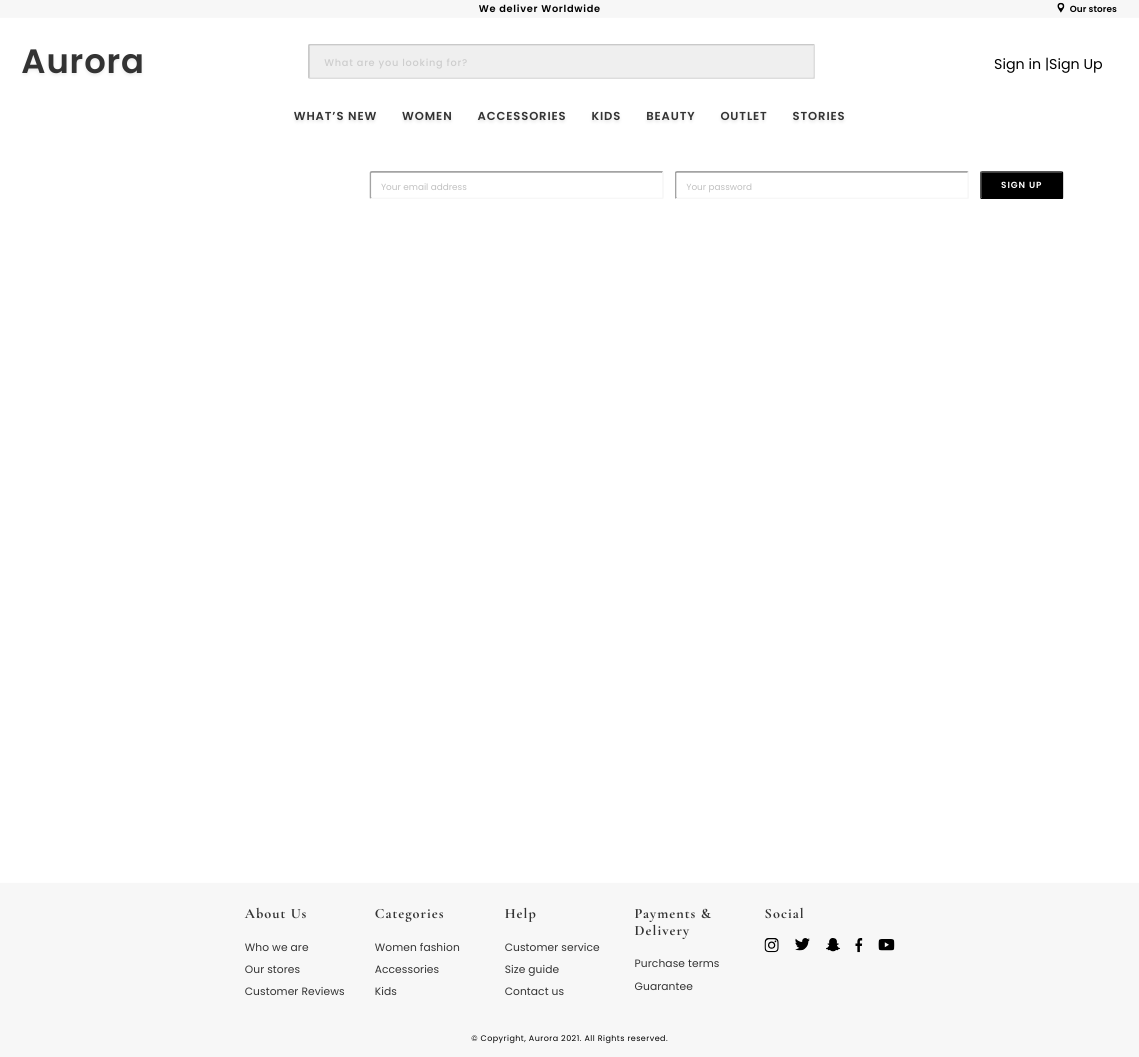
Repository: YuraKrvz/aurora-react-redux-toolkit-firebase
Page: /signUp
These files come from the project's save history. The page is drawn as it stood at one moment and after the next save; the edit follows.
The browser window is 1280 px wide. The pictures show the whole page, at 89% of full size.
The project was rebuilt for these pictures with package versions that can differ from the ones it lists, and the page was loaded fresh each time. Also part of the build but not shown: src/components/MainSection/MainSection.jsx, src/pages/HomeGuest.jsx, src/pages/HomeUser.jsx, src/pages/SignIn.jsx.

Above is the page before, as saved 2021-11-29 13:44:54.

### public/index.html
<!DOCTYPE html>
<html lang="en">
  <head>
    <meta charset="utf-8" />
    <link rel="icon" href="%PUBLIC_URL%/favicon.ico" />
    <meta name="viewport" content="width=device-width, initial-scale=1" />
    <meta name="theme-color" content="#000000" />
    <meta
      name="description"
      content="Web site created using create-react-app"
    />
    <link rel="apple-touch-icon" href="%PUBLIC_URL%/logo192.png" />
    <link rel="manifest" href="%PUBLIC_URL%/manifest.json" />
    <link rel="preconnect" href="https://fonts.googleapis.com">
    <link rel="preconnect" href="https://fonts.googleapis.com">
    <link rel="preconnect" href="https://fonts.gstatic.com" crossorigin>
    <title>React App</title>
  </head>
  <body>
    <noscript>You need to enable JavaScript to run this app.</noscript>
    <div id="root"></div>
  </body>
</html>

### src/index.css
@import '~normalize.css';
@import url('https://fonts.googleapis.com/css2?family=Poppins:wght@100;200;300;400;500;600;700&display=swap');
@import url('https://fonts.googleapis.com/css2?family=Cormorant+Garamond:wght@300;400;500;600;700&display=swap');

*, ::after, ::before {
  margin: 0;
  padding: 0;
  box-sizing: border-box;
  font-family: var(--text-regular-poppins);
  color: var(--color-very-black);
}
html, body{
  height: 100%;
}

:root{
  --text-regular-poppins: 'Poppins';
  --text-cormorant-garamond: 'Cormorant Garamond';

  --color-black: #333333;
  --color-very-black: #000000;
  --color-white:  #FFFFFF;
  --color-silver: #F7F7F7;

  --src-guest: './insta.svg';
  --src-user: './user.svg';
  --bg-wall: var(--src-guest);
}

### src/components/CustomRouter/CustomRouter.jsx
import { Routes, Route } from 'react-router-dom';
import HomeGuest from '../../pages/HomeGuest';
import HomeUser from '../../pages/HomeUser';
import SignIn from '../../pages/SignIn';
import SignUp from '../../pages/SignUp';
import {useAuthorization} from '../../hooks/useAuthorization';

const CustomRouter = () => {
   const {isAuth} = useAuthorization();

   return (
      <div>
      <Routes>
         {
         isAuth ? (
            <>
               <Route path='/' element={<HomeUser />} />
               <Route path='/signIn' element={<SignIn />} />
               <Route path='/signUp' element={<SignUp />} />
            </>
         ) : (
            <>
               <Route path='/' element={<HomeGuest />} />
               <Route path='/signIn' element={<SignIn />} />
               <Route path='/signUp' element={<SignUp />} />
            </>
         )
         }
      </Routes>
      </div>
   )
}

export default CustomRouter

### src/components/Header/Header.jsx
import React from 'react';
import s from './Header.module.css';
import { NavLink } from 'react-router-dom';
import GlobalSvgSelector from '../../source/GlobalSvgSelector';
import OverHeader from './OverHeader/OverHeader';
import Authorization from '../Authorization/Authorization';

const Header = () => {
   return (
      <>
         <header className={s.header}>
            <OverHeader />
            <div className={s.header_body}>
               <NavLink to='/' className={s.header_title}>Aurora</NavLink>
               <label className={s.input_wrap}>
                  <input className={s.header_searcher} type="text" placeholder="What are you looking for?" />
                  <GlobalSvgSelector className={s.icon} id="fill" color='black' />
               </label>
               <div>
                  <Authorization />
               </div>
            </div>
            <ul className={s.header_list}>
               <li className={s.header_list__item}>what’s new</li>
               <li className={s.header_list__item}>women</li>
               <li className={s.header_list__item}>accessories</li>
               <li className={s.header_list__item}>kids</li>
               <li className={s.header_list__item}>beauty</li>
               <li className={s.header_list__item}>outlet</li>
               <li className={s.header_list__item}>stories</li>
            </ul>
         </header>
      </>
   )
}

export default Header


// HEADER / Aurora
// <h6>{email}</h6>
//    <ul>
//       <li>
//          <NavLink  to='/' >home</NavLink>
//          <NavLink  to='/signIn' >signIn</NavLink>
//          <NavLink  to='/signUp' >signUp</NavLink>
//       </li>
//    </ul>
// </header>

### src/components/Footer/Footer.jsx
import GlobalSvgSelector from '../../source/GlobalSvgSelector';
import s from './Footer.module.css';

function Footer(){
   return (
      <>
         <footer className={s.footer}>
            <div className={s.footer_inner}>
               <div className={s.footer_item}>
                  <h6 className={s.title}>About Us</h6>
                  <ul className={s.list}>
                     <li className={s.text}>Who we are</li>
                     <li className={s.text}>Our stores</li>
                     <li className={s.text}>Customer Reviews</li>
                  </ul>
               </div>
               <div className={s.footer_item}>
                  <h6 className={s.title}>Categories</h6>
                  <ul className={s.list}>
                     <li className={s.text}>Women fashion</li>
                     <li className={s.text}>Accessories</li>
                     <li className={s.text}>Kids</li>
                  </ul>
               </div>
               <div className={s.footer_item}>
                  <h6 className={s.title}>Help</h6>
                  <ul className={s.list}>
                     <li className={s.text}>Customer service</li>
                     <li className={s.text}>Size guide</li>
                     <li className={s.text}>Contact us</li>
                  </ul>
               </div>
               <div className={s.footer_item}>
                  <h6 className={s.title}>Payments & Delivery</h6>
                  <ul className={s.list}>
                     <li className={s.text}>Purchase terms</li>
                     <li className={s.text}>Guarantee</li>
                  </ul>
               </div>
               <div className={s.footer_item}>
                  <h6 className={s.title}>Social</h6>
                  <ul className={s.list}>
                     <li className={s.social_icon}>
                        <a href="#"><GlobalSvgSelector id='instagram' /></a>
                        <a href="#"><GlobalSvgSelector id='twitter' /></a>
                        <a href="#"><GlobalSvgSelector id='snapchat' /></a>
                        <a href="#"><GlobalSvgSelector id='facebook' /></a>
                        <a href="#"><GlobalSvgSelector id='youtube' /></a>
                     </li>
                  </ul>
               </div>
            </div>
            <div className={s.copy_right}>
               <p>© Copyright, Aurora 2021. All Rights reserved.</p>
            </div>
         </footer>
      </>
   )
}

export default Footer

### src/pages/SignUp.jsx
import React, {useRef} from 'react';
import s from '../components/MainSection/MainSection.module.css';
import {signUp} from '../firebase';

const SignUp = () => {
   const emailRef = useRef();
   const passwordRef = useRef();
   async function handler(){
      try{
         await signUp(emailRef.current.value, passwordRef.current.value)
      }
      catch{
         alert('error in sign up')
      }
   }

   return (
      <div style={{flex: '1 1 auto', height: '800px'}}>
         <div className={s.section_register_field} >
            <div >
               <label className={s.input_wrap} style={{flex: '1 1 auto'}}>
               <input className={s.section_register_input} ref={emailRef} type="email" placeholder='Your email address' />
               <input className={s.section_register_input} ref={passwordRef} type="password" placeholder='Your password' />
               <button className={s.section_register_btn} onClick={handler} >Sign Up</button>
               </label>
            </div>
         </div>
      </div>
   )
}

export default SignUp;

### src/hooks/useAuthorization.jsx
import {useSelector} from 'react-redux';

export function useAuthorization(){
   const {email, id, token} = useSelector(state => state.user);

   return {
      isAuth: !!email,
      email,
      id,
      token,
   }
}

### src/components/Header/Header.module.css
.header{
   width: 100%;
   height: 160px;
   /* background: linear-gradient(180deg, rgba(51, 51, 51, 0.9) 14.31%, rgba(27, 27, 27, 0.469176) 58.6%, rgba(0, 0, 0, 0.0001) 100%); */
   mix-blend-mode: normal;
   /* opacity: 0.24; */
   /* background: rgba(0, 0, 0, 0.1); */
   /* background-color: black; */
}
.header_body{
   display: flex;
   justify-content: space-between;
   align-items: center;
   padding: 0 24px;
}
.header_title{
   margin: 0;
   font-style: normal;
   font-weight: 600;
   font-size: 38px;
   line-height: 57px;
   letter-spacing: 0.95px;
   color: var(--color-black, --color-white);
   text-shadow: 0px 2px 4px rgba(0, 0, 0, 0.08);
   text-decoration: none;
}
.input_wrap{
   position: relative;
}
.header_searcher{
   background-color: silver;
   border-color: none;
   mix-blend-mode: normal;
   opacity: 0.24;
   border-radius: 3px;
   width: 570px;
   height: 40px;
   color: var(--color-very-black);
}
.icon{
   position: absolute;
   width: 17px;
   height: 17px;
   top: 30%;
   right: 10px;
   /* background-color: var(--color-very-black) */
}
.header_searcher::placeholder {
   padding: 16px;
   height: 17px;
   font-weight: 500;
   font-size: 11px;
   line-height: 16px;
   letter-spacing: 0.8px;
   color: var(--color-black, --color-white);
 }
.header_user{
   font-style: normal;
   font-weight: 600;
   font-size: 11px;
   line-height: 16px;
   text-align: right;
   letter-spacing: 1px;
   color: var(--color-black, --color-white);
}
.header_list{
   list-style: none;
   display: flex;
   justify-content: space-between;
   text-transform: uppercase;
   width: 620px;
   margin: 24px auto;
   padding-bottom: 25px;
}
.header_list__item{
   color: var(--color-black, --color-white);
   font-style: normal;
   font-weight: 600;
   font-size: 13px;
   line-height: 19px;
   text-align: center;
   letter-spacing: 1px;
   text-transform: uppercase;
   text-shadow: 0px 2px 4px rgba(0, 0, 0, 0.12);
   cursor: pointer;
}

### src/components/Header/OverHeader/OverHeader.jsx
import GlobalSvgSelector from "../../../source/GlobalSvgSelector"
import s from './OverHeader.module.css';

const OverHeader = () => {
   return (
      <>
         <div className={s.wrapper}>
            <div />
            <h6 className={s.title}>We deliver Worldwide</h6>
            <div className={s.wrapper_text}>
               <GlobalSvgSelector id="shape" />
               <p className={s.text}>Our stores</p>
            </div>
         </div>
      </>
   )
}

export default OverHeader

### src/components/Authorization/Authorization.jsx
import s from './Authorization.module.css';
import GlobalSvgSelector from '../../source/GlobalSvgSelector';
import { useAuthorization } from '../../hooks/useAuthorization';
import { NavLink } from 'react-router-dom';

const Authorization = () => {
   const {isAuth, email, id} = useAuthorization();

   return (
      <>
         {!isAuth ? (
            <div >
               <NavLink to='/signIn' className={s.header_user}>
                  Sign in
               </NavLink>  |
               <NavLink to='/signUp' className={s.header_user}>
                  Sign Up
               </NavLink>
               <GlobalSvgSelector id="basket" color='black'/>
            </div>
         ) : (
            <div className={s.login_field}>
               <p className={s.login}>Hi, {email}!</p>
               <GlobalSvgSelector id="basket" color='black'/>
               {/*<GlobalSvgSelector id="ball" color='black'/>*/}
            </div>
         )}

      </>
   )
}

export default Authorization

### src/components/Footer/Footer.module.css
.footer{
   background-color: var(--color-silver);
}
.footer_inner{
   display: flex;
   justify-content: center;
   padding-top: 26px;
}
.footer_item{
   width: 146px;
   height: 105px;
   margin-bottom: 38px;
}
.title{
   margin-bottom: 17px;
   font-family: var(--text-cormorant-garamond);
   font-size: 16px;
   line-height: 19px;
   letter-spacing: 1.16364px;
   color: var(--color-black);
}
.list{
   list-style: none;
}
.list li {
   cursor: pointer;
}
.social_icon{
   display: flex;
   justify-content: space-between;
}
.text{
   margin-bottom: 6px;
   font-style: normal;
   font-weight: normal;
   font-size: 12px;
   line-height: 19px;
   letter-spacing: 0.1px;
   color: var(--color-black);
}
.copy_right{
   padding-bottom: 14px;
   font-style: normal;
   font-weight: normal;
   font-size: 9px;
   line-height: 13px;
   text-align: center;
   letter-spacing: 0.5px;
   color: var(--color-black);
}

### src/components/MainSection/MainSection.module.css
.section{

   height: 100vh;
   background-position: center;
   background-size: cover;
   background-repeat: no-repeat;
   display: flex;
   flex-direction: column;
}
.guest{
   background-image: url(./insta.svg);
}
.user{
   background-image: url(./user.svg);
}
.title{
   margin: auto;
   font-style: normal;
   font-weight: bold;
   font-size: 60px;
   line-height: 90px;
   text-align: center;
   color: var(--color-white);
}
.section_register_field{
   display: block;
   margin: 32px auto;
   width: 450px;
   height: 82px;
}
.text{
   margin-bottom: 14px;
   font-style: normal;
   font-weight: normal;
   font-size: 12px;
   line-height: 18px;
   letter-spacing: 0.872727px;
   color: var(--color-black);
}
.input_wrap{
   display: flex;
   align-items: center;
}
.section_register_input{
   padding: 7px 0 7px 11px;
   width: 335px;
   height: 32px;
   margin-right: 12px;
   border-radius: 3px;
   border-color: var(--color-silver);
}
.section_register_input::placeholder{
   color: silver;
   font-size: 10px;
}
.section_register_btn{
   min-width: 94px;
   height: 32px;
   border-radius: 3px;
   /* border: transparent; */
   background-color: var(--color-very-black);
   color: var(--color-white);
   font-style: normal;
   font-weight: 600;
   font-size: 10px;
   line-height: 20px;
   text-align: center;
   letter-spacing: 1px;
   text-transform: uppercase;
   cursor: pointer;
}

### src/components/Header/OverHeader/OverHeader.module.css
.wrapper{
   width: 100%;
   height: 20px;
   display: flex;
   justify-content: space-between;
   align-items: center;
   padding: 4px 25px;
   font-weight: 600;
   background-color: var(--color-silver, --color-white);
   margin-bottom: 20px;
}
.title{
   font-style: normal;
   font-weight: 500;
   font-size: 11px;
   line-height: 16px;
   text-align: center;
   letter-spacing: 0.8px;
   font-weight: 600;
}
.wrapper_text{
   display: flex;
}
.text{
   padding-left: 6px;
   font-family: Poppins;
   font-style: normal;
   font-size: 10px;
   line-height: 15px;
   text-align: right;
   letter-spacing: 0.0833333px;
}

### src/components/Authorization/Authorization.module.css
.login_field{
   display: flex;
   align-items: center;
}
.login{
   margin-right: 17px;
   font-style: normal;
   font-weight: 600;
   font-size: 11px;
   line-height: 16px;
   text-align: right;
   letter-spacing: 1px;
   color: var(--color-very-black);
}
.header_user{
   text-decoration: none;
}

Loaded but not shown: src/firebase.js (22 lines, source omitted); src/App.js (27 lines, source omitted); src/store/slices/userSlice.js (27 lines, source omitted); src/index.js (13 lines, source omitted); src/store/index.js (8 lines, source omitted); src/source/GlobalSvgSelector.jsx (88 lines, source omitted)

After the next save:
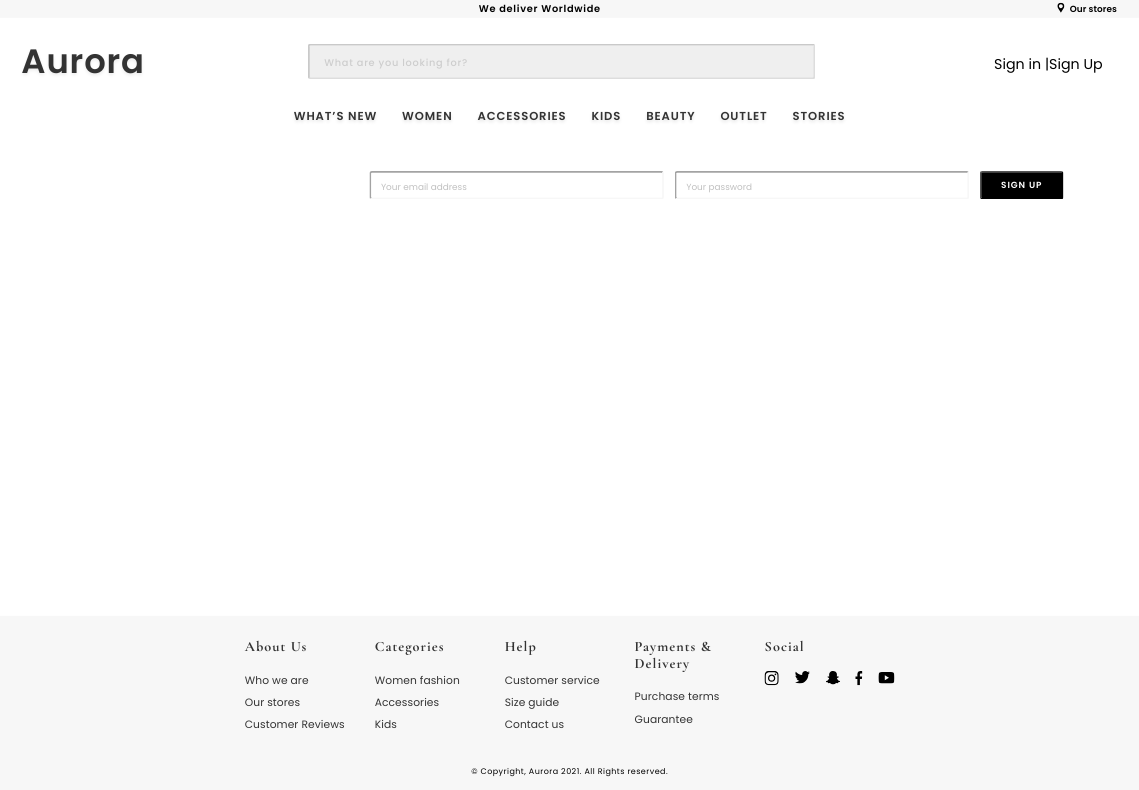
Saved 6 s later.
--- a/src/pages/SignUp.jsx
+++ b/src/pages/SignUp.jsx
@@ -15,7 +15,7 @@ const SignUp = () => {
    }
 
    return (
-      <div style={{flex: '1 1 auto', height: '800px'}}>
+      <div style={{flex: '1 1 auto', height: '500px'}}>
          <div className={s.section_register_field} >
             <div >
                <label className={s.input_wrap} style={{flex: '1 1 auto'}}>
